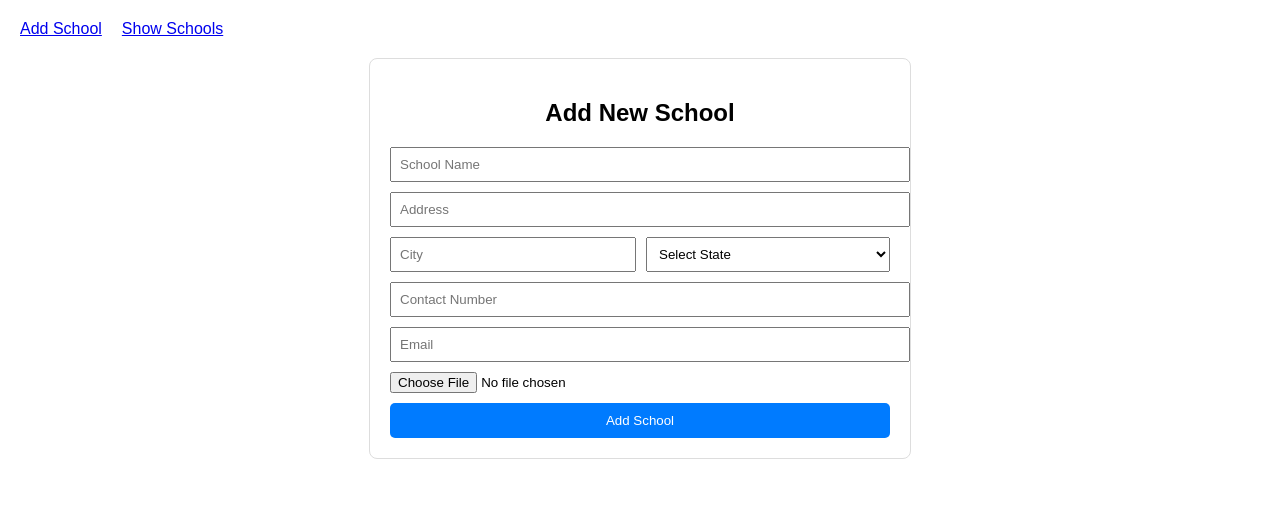
Repository: vigneshmudgonda/school_web
Page: /add (app in frontend/)
An editor plug-in stored every save of this project. The page is shown before and after a run of saves, followed by the edit.
The browser window is 1280 px wide. The pictures show the whole page.
The page's requests for data from a server got no answer. The project was rebuilt for these pictures with package versions that can differ from the ones it lists, and the page was loaded fresh each time. No one was signed in, and anything a server would have sent is missing. Also part of the build but not shown: frontend/src/pages/ShowSchools.jsx.

Above is the page before, as saved 2025-09-02 15:38:01.

After the next 2 saves:
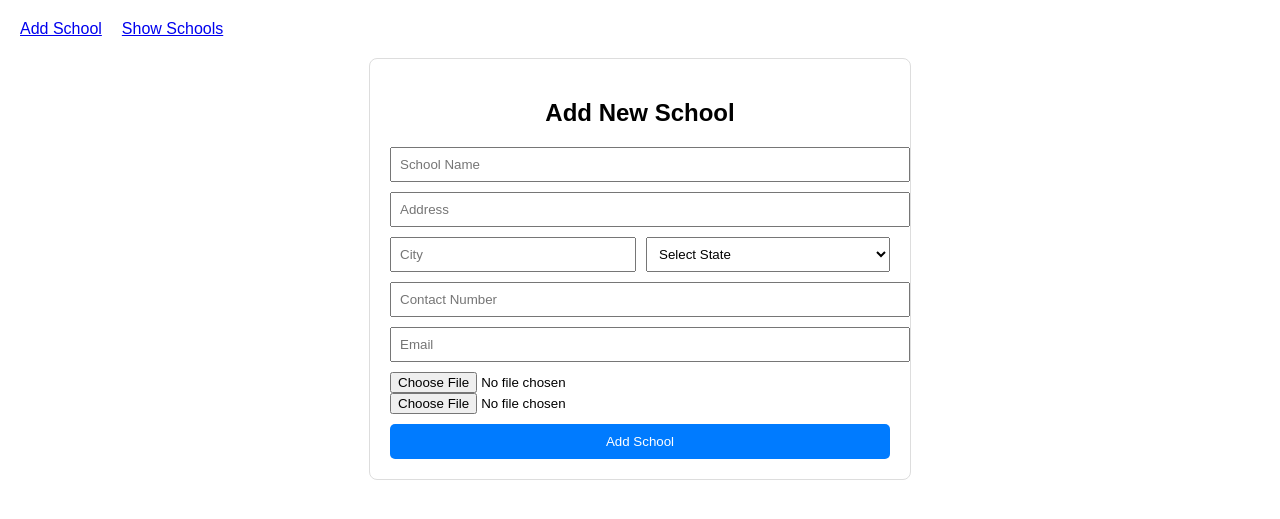
The 2 saves are shown as one change because they came seconds apart.
The last was saved 82 s later.
--- a/frontend/src/pages/AddSchool.jsx
+++ b/frontend/src/pages/AddSchool.jsx
@@ -160,6 +160,13 @@
             onChange={handleImageChange}
             style={{ width: "100%" }}
           />
+          <input
+  type="file"
+  accept="image/*"
+  {...register("image", { required: "Image is required" })}
+  onChange={handleImageChange}
+/>
+
           {errors.image && (
             <p style={{ color: "red" }}>{errors.image.message}</p>
           )}

After the save that followed:
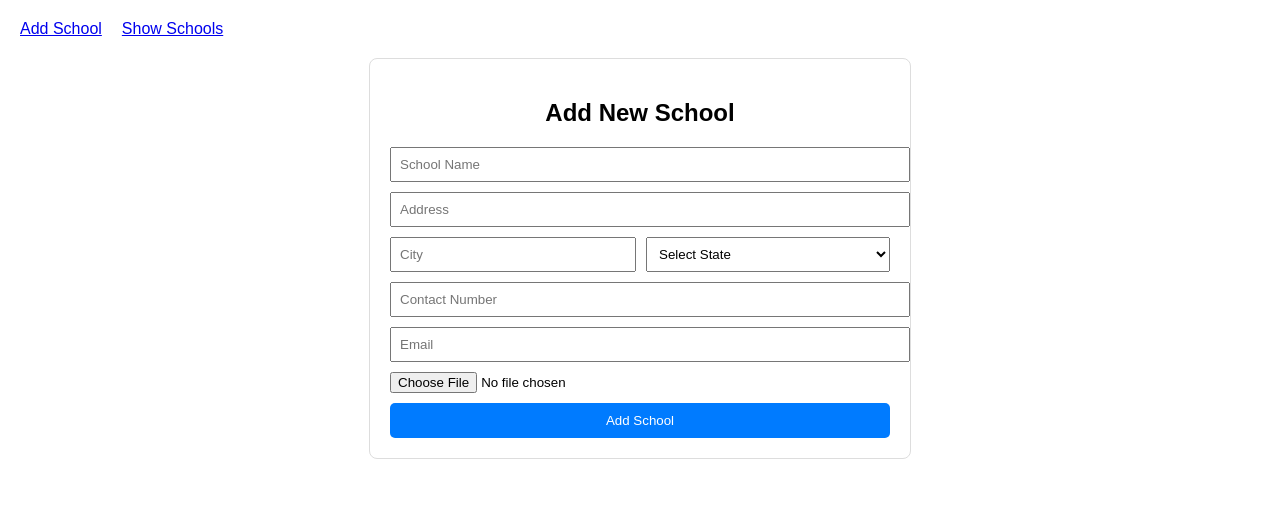
Saved 17 s later.
--- a/frontend/src/pages/AddSchool.jsx
+++ b/frontend/src/pages/AddSchool.jsx
@@ -160,12 +160,7 @@
             onChange={handleImageChange}
             style={{ width: "100%" }}
           />
-          <input
-  type="file"
-  accept="image/*"
-  {...register("image", { required: "Image is required" })}
-  onChange={handleImageChange}
-/>
+
 
           {errors.image && (
             <p style={{ color: "red" }}>{errors.image.message}</p>
